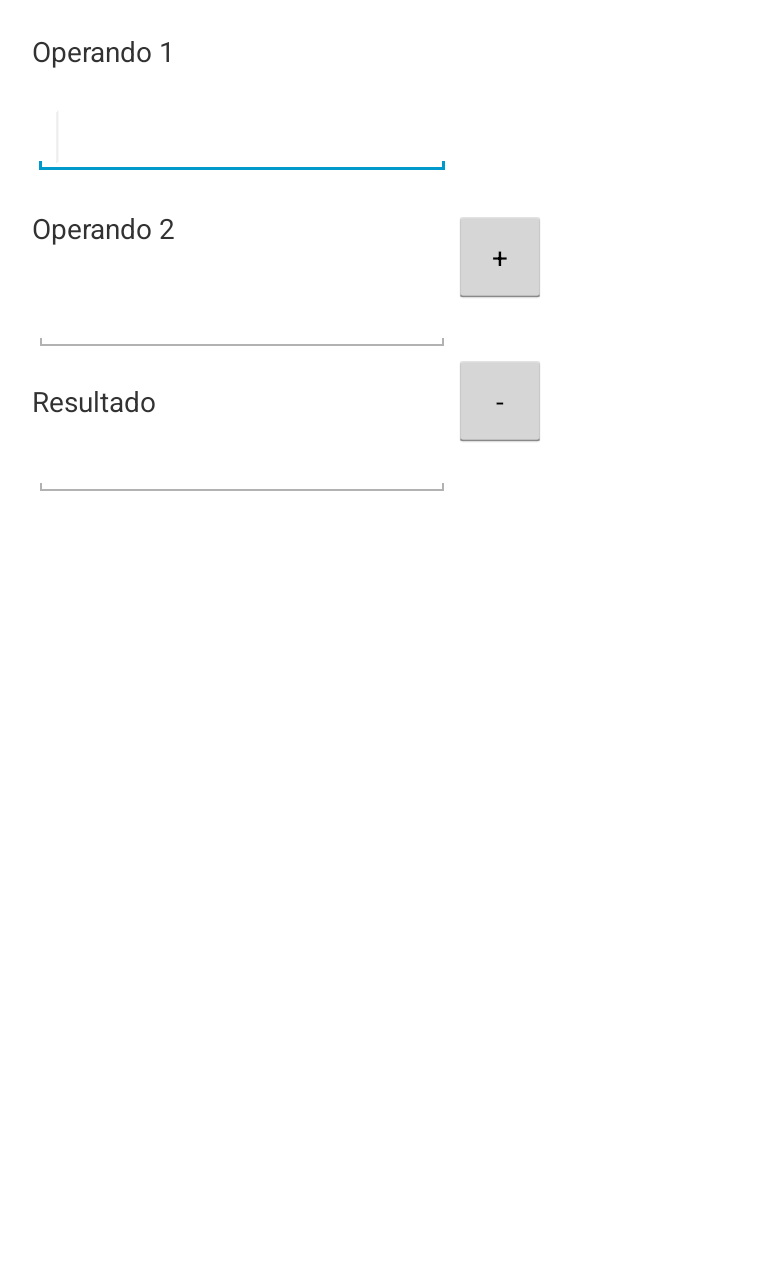
Repository: paullfull21/pmdm
Layout: ResultadoSuma/res/layout/activity_main.xml
An editor plug-in stored every save of this project. The layout is shown before and after the next save, followed by the edit.
It is drawn on a 768 x 1280 px phone screen (xhdpi) without system bars, with theme AppTheme; the app's code is not run.

Above is the layout before, as saved 2013-10-09 11:05:45.

After the next save:
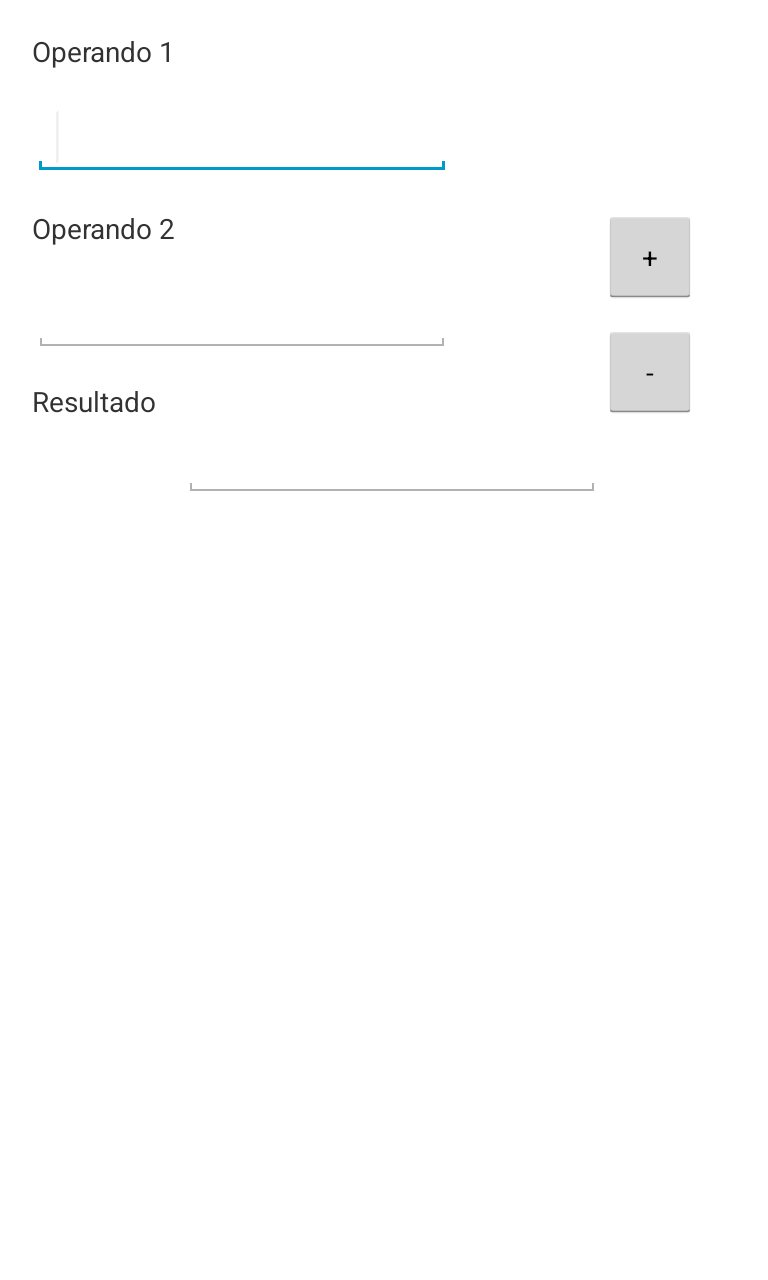
Saved 22 s later.
--- a/ResultadoSuma/res/layout/activity_main.xml
+++ b/ResultadoSuma/res/layout/activity_main.xml
@@ -48,15 +48,6 @@
         android:ems="10"
         android:inputType="numberDecimal" />
 
-    <Button
-        android:id="@+id/buttonSuma"
-        style="?android:attr/buttonStyleSmall"
-        android:layout_width="wrap_content"
-        android:layout_height="wrap_content"
-        android:layout_alignTop="@+id/textView2"
-        android:layout_toRightOf="@+id/operandoDos"
-        android:text="@string/boton_suma" />
-
     <TextView
         android:id="@+id/textView3"
         android:layout_width="wrap_content"
@@ -79,9 +70,18 @@
         style="?android:attr/buttonStyleSmall"
         android:layout_width="wrap_content"
         android:layout_height="wrap_content"
-        android:layout_alignBaseline="@+id/textView3"
         android:layout_alignBottom="@+id/textView3"
-        android:layout_alignLeft="@+id/buttonSuma"
+        android:layout_alignParentRight="true"
+        android:layout_marginRight="19dp"
         android:text="@string/boton_resta" />
 
+    <Button
+        android:id="@+id/buttonSuma"
+        style="?android:attr/buttonStyleSmall"
+        android:layout_width="wrap_content"
+        android:layout_height="wrap_content"
+        android:layout_alignLeft="@+id/button1"
+        android:layout_alignTop="@+id/textView2"
+        android:text="@string/boton_suma" />
+
 </RelativeLayout>
